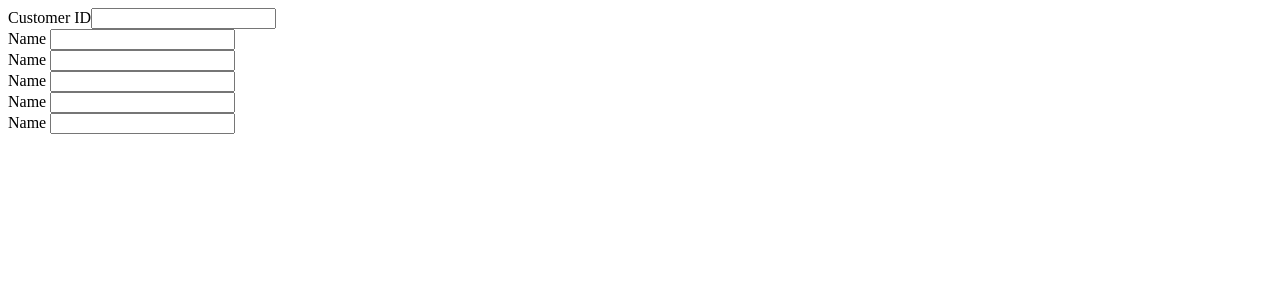
Repository: samidisjg/Login-Demo-Java-Servlet
Page: http://localhost/CustomerDemo/updatecustomer.jsp
An editor plug-in stored every save of this project. The page is shown before and after the next save, followed by the edit.
The browser window is 1280 px wide. The pictures show the whole page.
The page is served by Tomcat 9.

Above is the page before, as saved 2023-07-14 06:13:52.

After the next save:
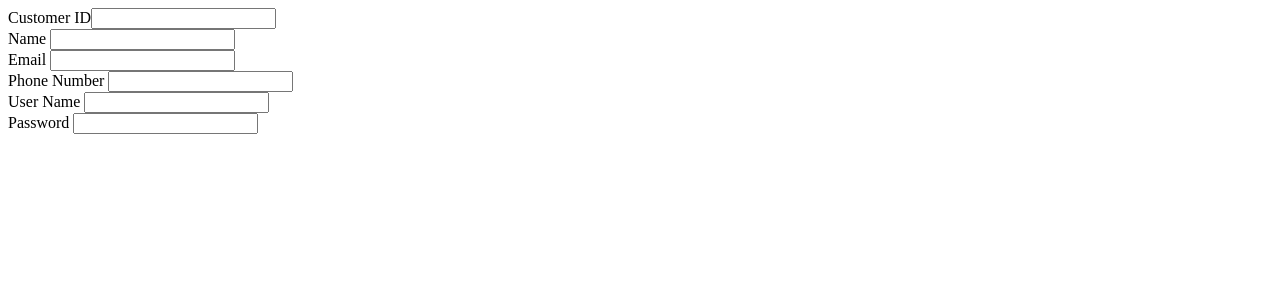
Saved 60 s later.
--- a/java servlet/CustomerDemo/src/main/webapp/updatecustomer.jsp
+++ b/java servlet/CustomerDemo/src/main/webapp/updatecustomer.jsp
@@ -11,10 +11,10 @@
 	<form action = "#" method = "POST">
 		Customer ID<input type = "text" name="cusid" value = ""><br>
 		Name <input type = "text" name ="name" value = ""><br>
-		Name <input type = "text" name ="name" value = ""><br>
-		Name <input type = "text" name ="name" value = ""><br>
-		Name <input type = "text" name ="name" value = ""><br>
-		Name <input type = "text" name ="name" value = ""><br>
+		Email <input type = "text" name ="email" value = ""><br>
+		Phone Number <input type = "text" name ="phone" value = ""><br>
+		User Name <input type = "text" name ="uname" value = ""><br>
+		Password <input type = "password" name ="pass" value = ""><br>
 
 
 
